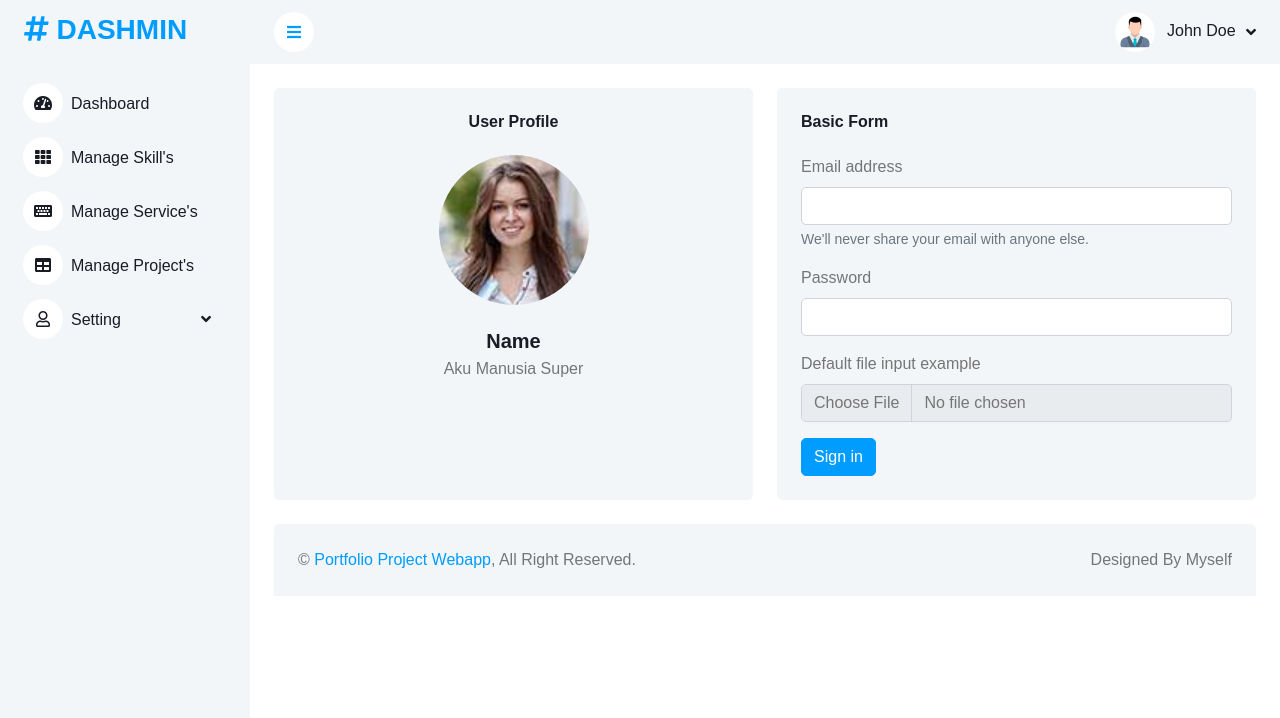
Repository: h4fizm/management-portfolio-project-webapp
Page: http://localhost/profile
These files come from the project's save history. The page is drawn as it stood at one moment and after the next save; the edit follows.
The browser window is 1280 px wide. The pictures show the whole page.
Some web fonts or font styles are not loaded; a fallback is used. Some web libraries are served in a nearby version. The page is served by the project's Laravel application, run on PHP 8.4 with Laravel 12. A made-up administrator, Test User (test@example.com), is signed in.

Above is the page before, as saved 2025-01-15 03:07:23.
Console error: TypeError: Cannot read properties of undefined (reading 'getContext')

After the next save:
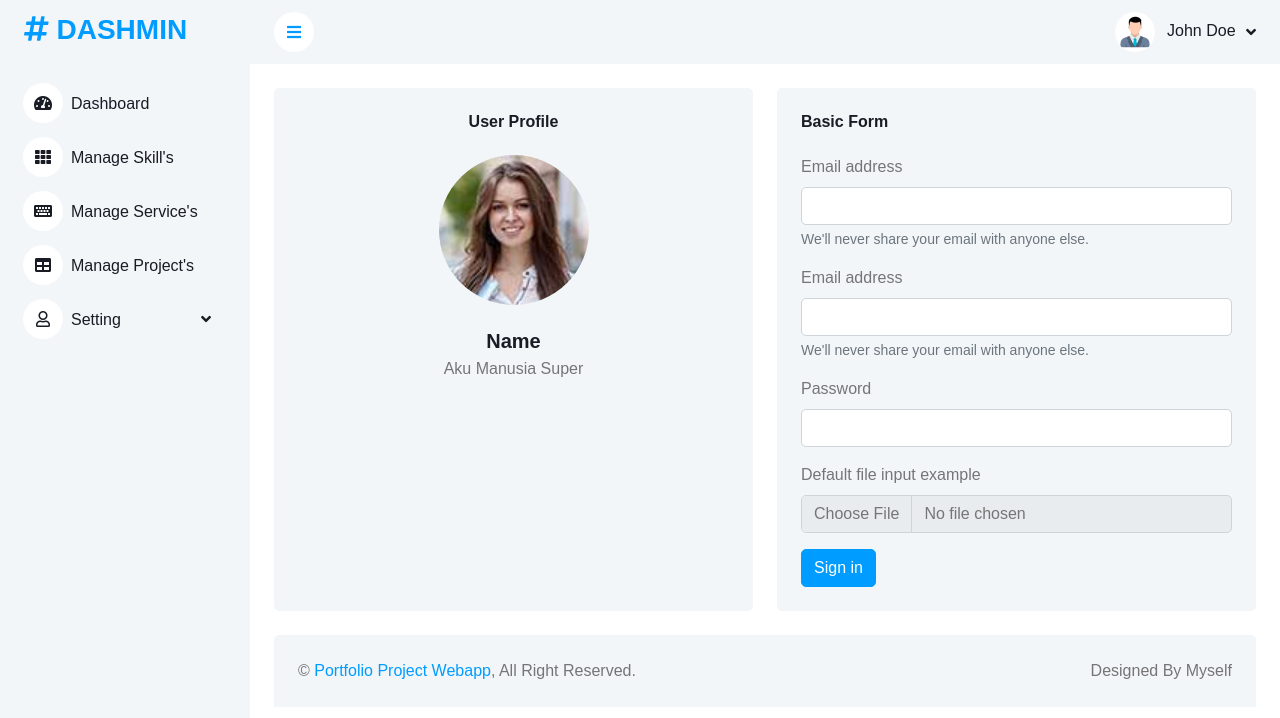
Saved 25 s later.
--- a/resources/views/menu/profile.blade.php
+++ b/resources/views/menu/profile.blade.php
@@ -29,6 +29,12 @@
                         <div id="emailHelp" class="form-text">We'll never share your email with anyone else.</div>
                     </div>
                     <div class="mb-3">
+                        <label for="exampleInputEmail1" class="form-label">Email address</label>
+                        <input type="email" class="form-control" id="exampleInputEmail1"
+                            aria-describedby="emailHelp">
+                        <div id="emailHelp" class="form-text">We'll never share your email with anyone else.</div>
+                    </div>
+                    <div class="mb-3">
                         <label for="exampleInputPassword1" class="form-label">Password</label>
                         <input type="password" class="form-control" id="exampleInputPassword1">
                     </div>
